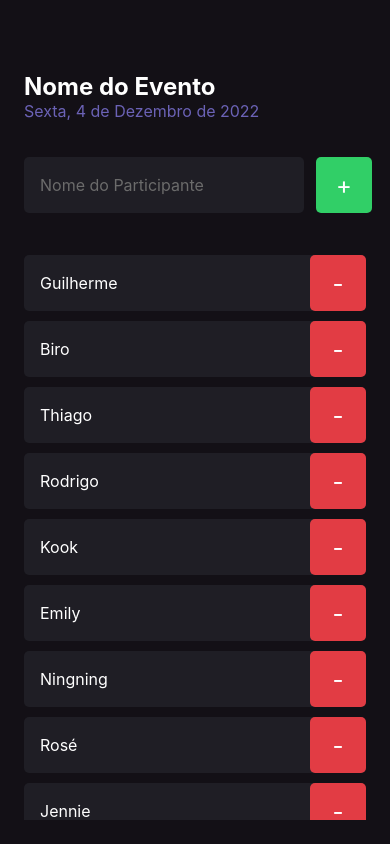
Repository: guilhermecardoso93/reactNative-ignite-imhere
Screen: /
The author's editor kept a copy of each file at every save. The screen is drawn from the files as they stood at one save, then again after the next save.
An inner scrolling area shows only its first screen. The app was drawn by React Native's web renderer in a window 390 px wide. The project was rebuilt for these pictures with package versions that can differ from the ones it lists, and the page was loaded fresh each time.

Above is the screen before, as saved 2022-10-03 18:27:14.

After the next save:
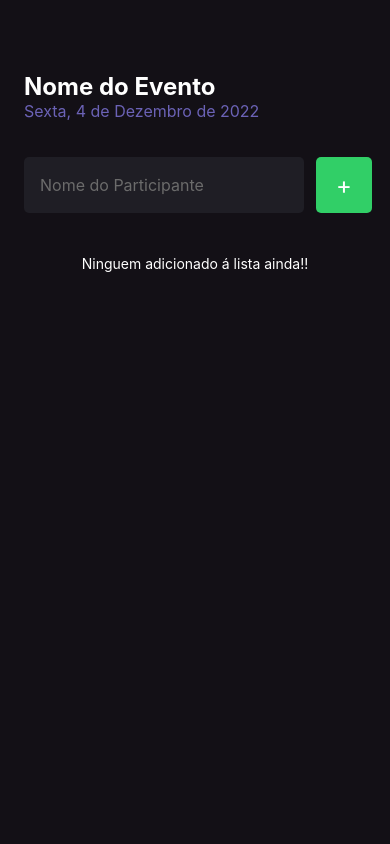
Saved 18 s later.
--- a/src/screens/Home/index.tsx
+++ b/src/screens/Home/index.tsx
@@ -12,17 +12,7 @@
 
 export default function Home() {
   const participants = [
-    "Guilherme",
-    "Biro",
-    "Thiago",
-    "Rodrigo",
-    "Kook",
-    "Emily",
-    "Ningning",
-    "Rosé",
-    "Jennie",
-    "Jisoo",
-    "Lisa",
+
   ];
 
   function handleAddPArticipant() {

After the 3 saves that followed:
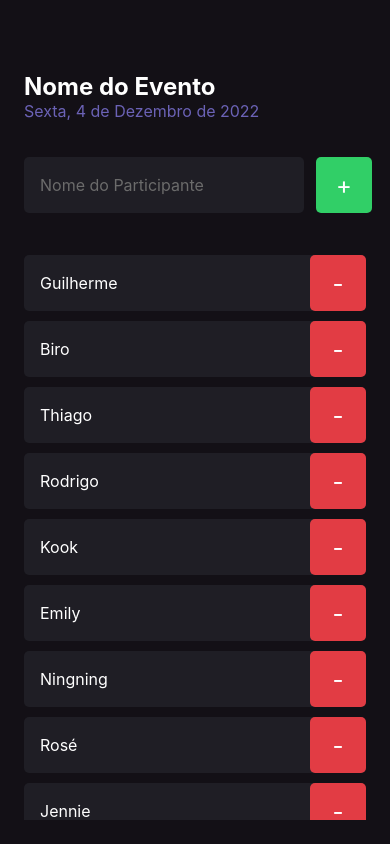
The 3 saves are shown as one change because 1 left the picture as it was and some came seconds apart.
The last was saved 21 s later.
--- a/src/screens/Home/index.tsx
+++ b/src/screens/Home/index.tsx
@@ -12,7 +12,17 @@
 
 export default function Home() {
   const participants = [
-
+    "Guilherme",
+    "Biro",
+    "Thiago",
+    "Rodrigo",
+    "Kook",
+    "Emily",
+    "Ningning",
+    "Rosé",
+    "Jennie",
+    "Jisoo",
+    "Lisa",
   ];
 
   function handleAddPArticipant() {
@@ -40,13 +50,15 @@
       <FlatList
         data={participants}
         showsVerticalScrollIndicator={false}
-        keyExtractor={item => item}
-        renderItem={({ item }) => (<Participant
-          participantName={item}
-          key={item}
-          onRemove={() => handleRemovePArticipant(item)}
-         />)}
-         ListEmptyComponent={() => (
+        keyExtractor={(item) => item}
+        renderItem={({ item }) => (
+          <Participant
+            participantName={item}
+            key={item}
+            onRemove={() => handleRemovePArticipant(item)}
+          />
+        )}
+        ListEmptyComponent={() => (
           <Text style={styles.listEmpty}>
             Ninguem adicionado á lista ainda!!
           </Text>
